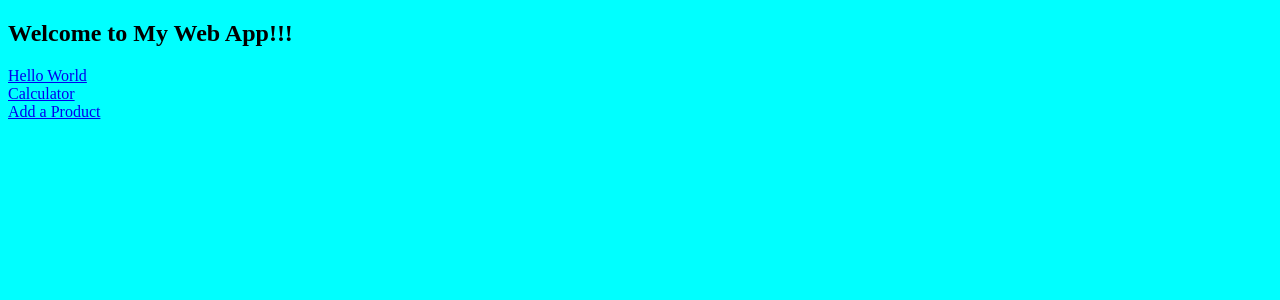
Repository: ravangs/trainingprojects
Page: mywebapp/src/main/webapp/index.html
The author's editor kept a copy of each file at every save. The page is drawn from the files as they stood at one save, then again after the next save.
The browser window is 1280 px wide. The pictures show the whole page.

Above is the page before, as saved 2019-07-16 11:07:43.

### mywebapp/src/main/webapp/index.html
<!DOCTYPE html>
<html>
<head>
<meta charset="UTF-8">
<title>Home Page here</title>
</head>
<body bgcolor="cyan">

<h2>Welcome to My Web App!!!</h2>

<a href = hello>Hello World</a>
<br>
<a href = calc.html>Calculator</a>
<br>
<a href = addproduct.html>Add a Product</a>

</body>
</html>

After the next save:
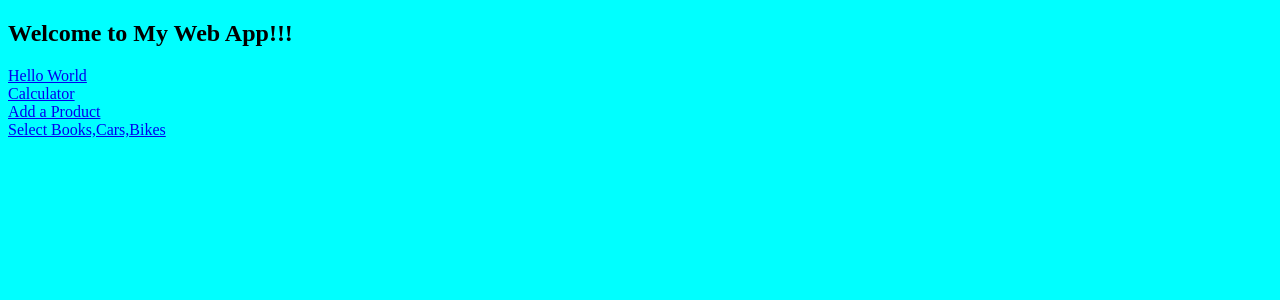
Saved 54 s later.
--- a/mywebapp/src/main/webapp/index.html
+++ b/mywebapp/src/main/webapp/index.html
@@ -13,6 +13,9 @@
 <a href = calc.html>Calculator</a>
 <br>
 <a href = addproduct.html>Add a Product</a>
+<br>
+<a href = books.html>Select Books,Cars,Bikes</a>
+<br>
 
 </body>
 </html>
